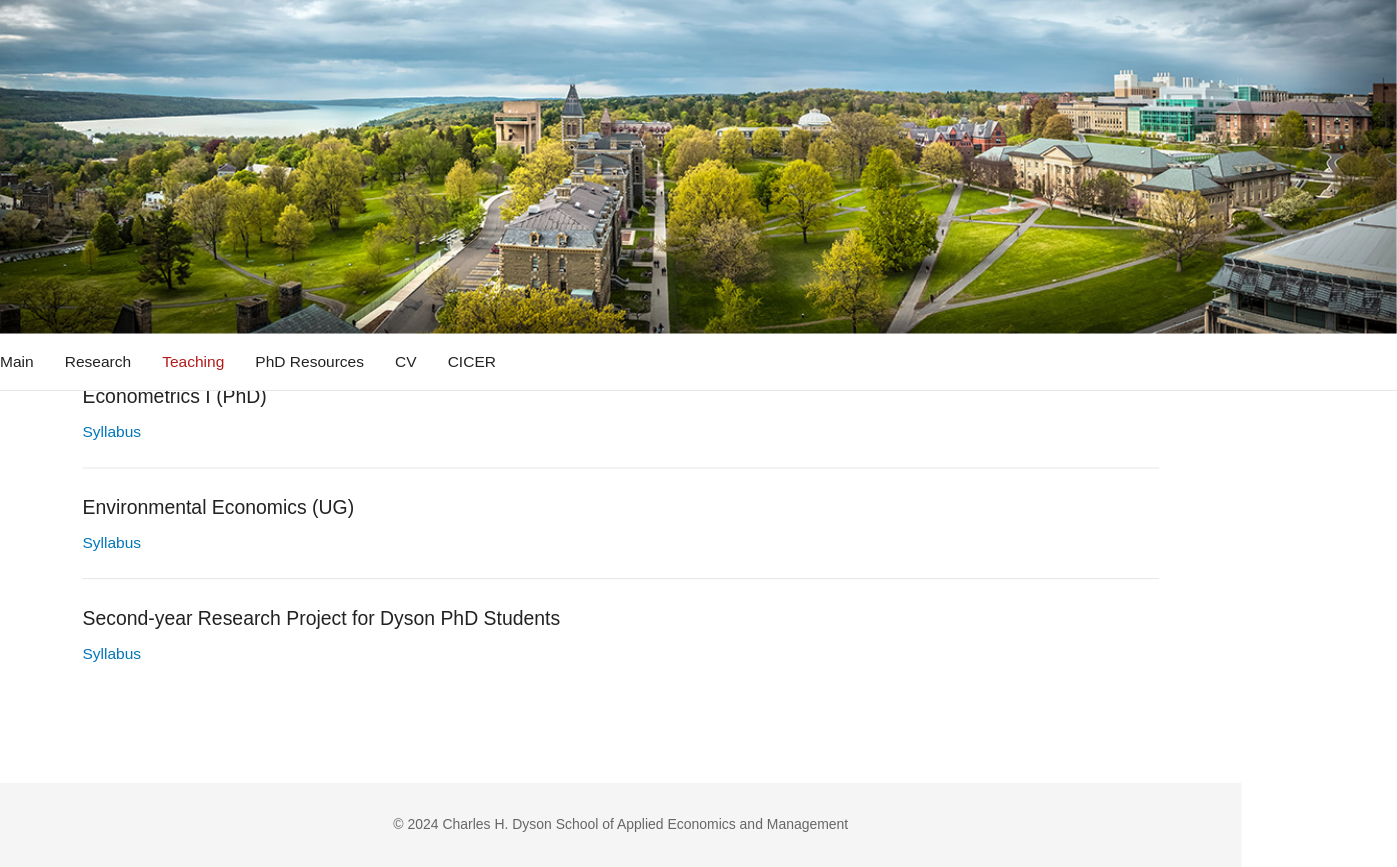
Repository: huang-heavenly-Emperor/k1_project
Page: teaching.html
These files come from the project's save history. The page is drawn as it stood at one moment and after a run of saves; the edit follows.
The browser window is 1280 px wide. The page is 1440 px wide, so the pictures cover 1440 px, including what lies to the right of the window. The pictures show the whole page, at 97% of full size.

Above is the page before, as saved 2024-11-17 05:59:39.

After the next 2 saves:
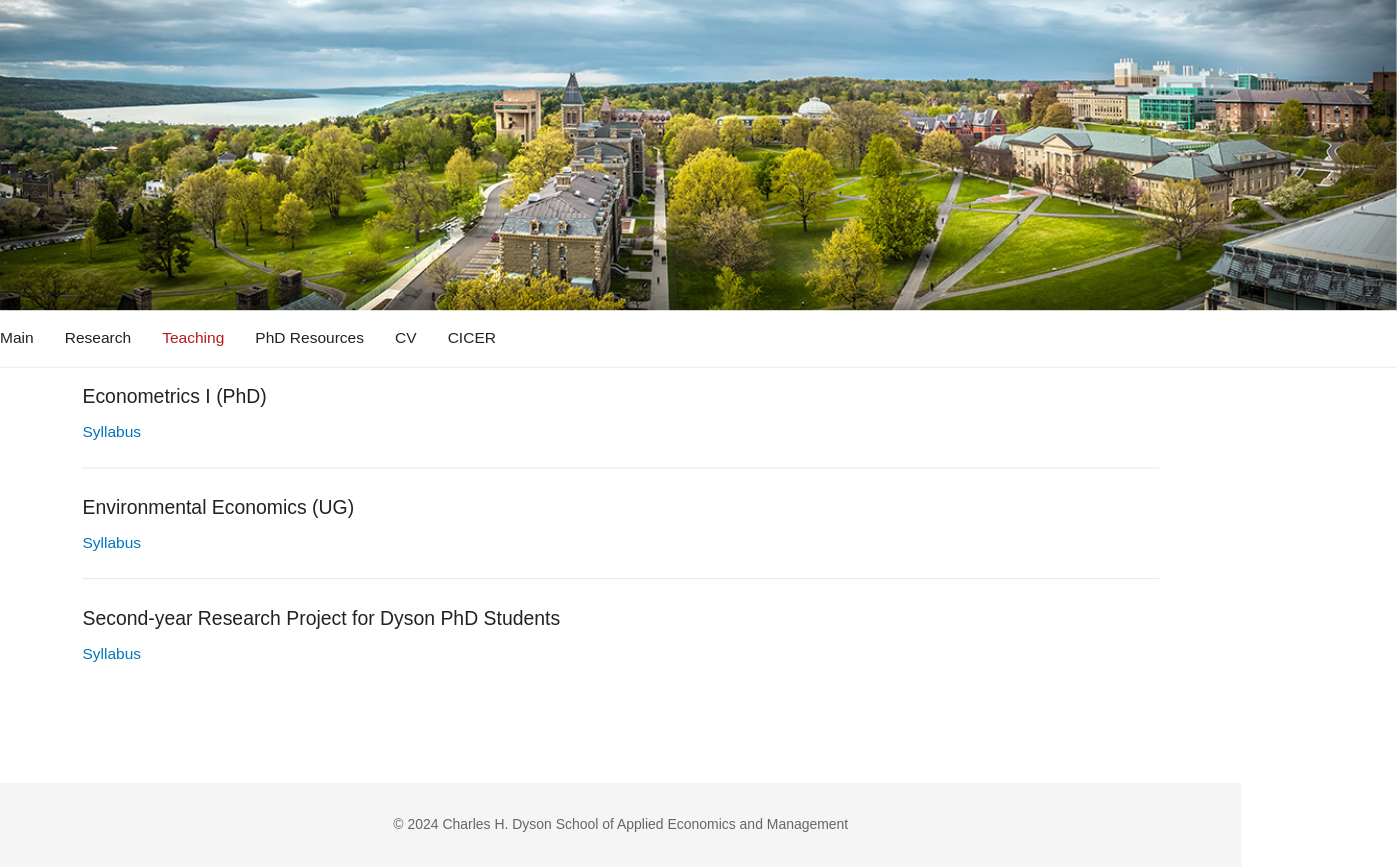
The 2 saves are shown as one change because they came seconds apart.
The last was saved 7 s later.
--- a/teaching.css
+++ b/teaching.css
@@ -31,7 +31,7 @@ body {
 
 .banner {
     width: 100%;
-    height: 320;
+    height: 100%;
     overflow: hidden;
     position: relative;
 }
